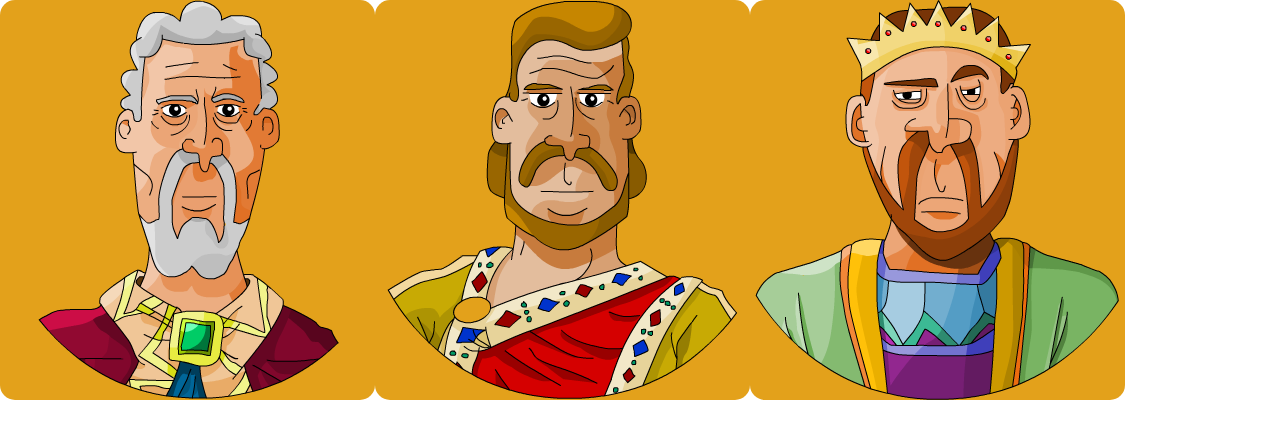
Repository: abgdev1997/ejercicios-react
Page: /
The author's editor kept a copy of each file at every save. The page is drawn from the files as they stood at one save, then again after the next save.
The browser window is 1280 px wide. The pictures show the whole page.
The project was rebuilt for these pictures with package versions that can differ from the ones it lists, and the page was loaded fresh each time.

Above is the page before, as saved 2022-02-22 09:38:30.

### src/App.js
import './App.css';
import leovigildo from './rey_leogivildo.png';
import recesvinto from './rey_recesvinto.png';
import sisebuto from './rey_sisebuto.png';

function App() {
  return (
    <div className="App">
      <img src={leovigildo} className='img'/>
      <img src={recesvinto} className='img'/>
      <img src={sisebuto} className='img'/>
    </div>
  );
}

export default App;

### src/App.css
.App{

}

.img{
  background-color:#E3A11B;
  border-radius: 15px;
}

Loaded but not shown: public/index.html (common file); src/index.js (common file); src/index.css (common file)

After the next save:
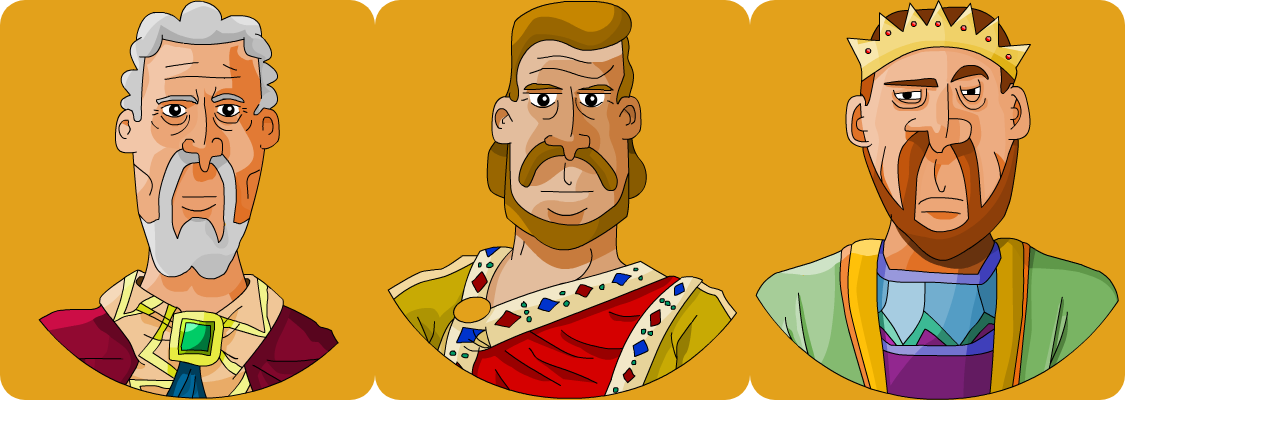
Saved 8 s later.
--- a/src/App.css
+++ b/src/App.css
@@ -4,5 +4,5 @@
 
 .img{
   background-color:#E3A11B;
-  border-radius: 15px;
+  border-radius: 25px;
 }
